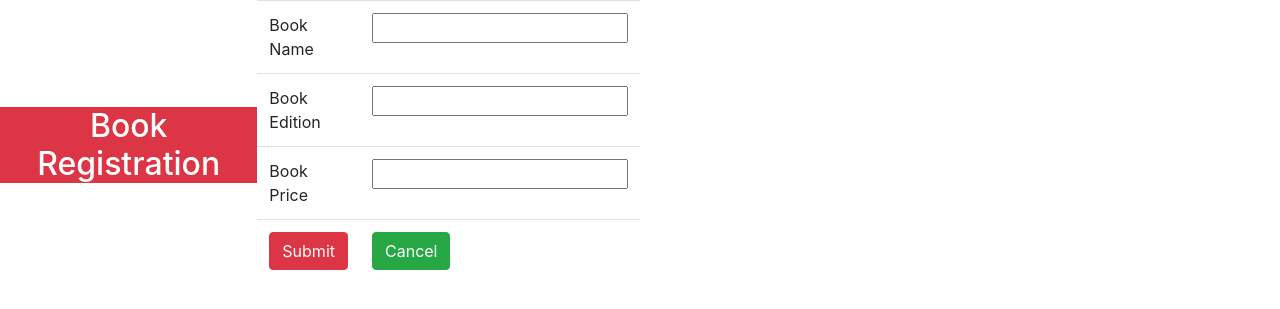
Repository: meriam0000/servlet
Page: BookWebApp/src/main/webapp/Home.html
These files come from the project's save history. The page is drawn as it stood at one moment and after the next save; the edit follows.
The browser window is 1280 px wide. The pictures show the whole page.

Above is the page before, as saved 2024-02-12 20:48:19.

### BookWebApp/src/main/webapp/Home.html
<!DOCTYPE html>
<html>
<head>
<meta charset="UTF-8">
<title>Book Registration</title>
<link rel="stylesheet"  href="css/bootstrap.css ">
</head>
<body class="container-fluid-card d-flex justify-content-center align-items-center"" style="width:40rem;" >
<h2 class="bg-danger text-white text-center">Book Registration </h2>
<form action="register" method="post" >
<table class="table table-hover" >
<tr>
<td>
Book Name

</td>
<td>
<input type="text" name="bookName">
</td>
</tr>
<tr>
<td>
Book Edition
</td>
<td>
<input type="text" name="bookEdition">
</td>
</tr>

<tr>
<td>
Book Price
</td>
<td>
<input type="text" name="bookPrice">
</td>
</tr>

<tr>
<td><button type ="submit"  class="btn btn-danger"> Submit</button></td>
<td><button type="reset" class="btn btn-success" > Cancel</button></td>
</tr>

</table>


</form>
</body>
</html>

Loaded but not shown: BookWebApp/src/main/webapp/css/bootstrap.css (library)

After the next save:
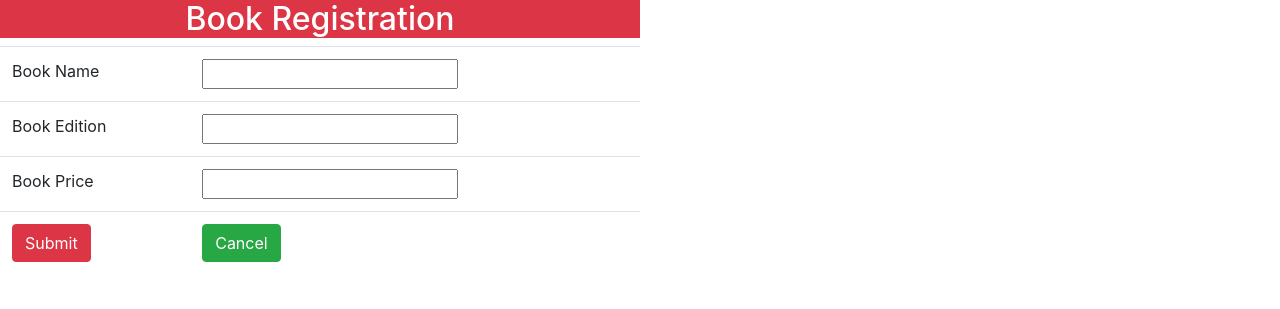
Saved 52 s later.
--- a/BookWebApp/src/main/webapp/Home.html
+++ b/BookWebApp/src/main/webapp/Home.html
@@ -5,7 +5,7 @@
 <title>Book Registration</title>
 <link rel="stylesheet"  href="css/bootstrap.css ">
 </head>
-<body class="container-fluid-card d-flex justify-content-center align-items-center"" style="width:40rem;" >
+<body class="container-fluid-card" style="width:40rem;" >
 <h2 class="bg-danger text-white text-center">Book Registration </h2>
 <form action="register" method="post" >
 <table class="table table-hover" >
